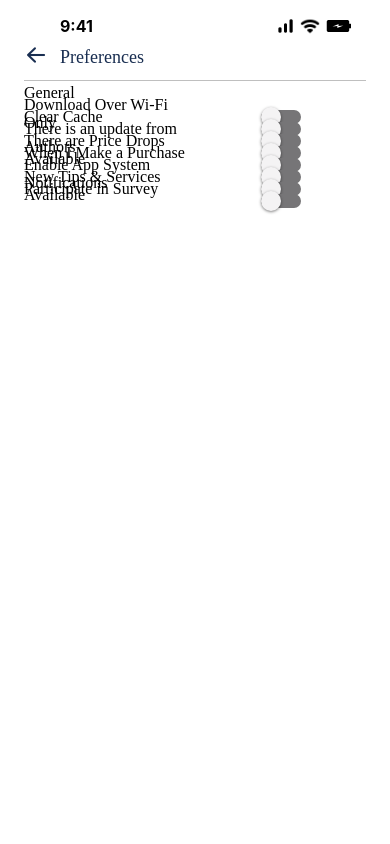
Repository: tnmod/Erabook
Screen: / (app in app/)
The author's editor kept a copy of each file at every save. The screen is drawn from the files as they stood at one save, then again after a run of saves.
The app was drawn by React Native's web renderer in a window 390 px wide. The project was rebuilt for these pictures with package versions that can differ from the ones it lists, and the page was loaded fresh each time. Imported but missing from the stored project, and not drawn on this page: app/src/redux/features/CounterAPI.

Above is the screen before, as saved 2023-05-25 19:06:14.

After the next 2 saves:
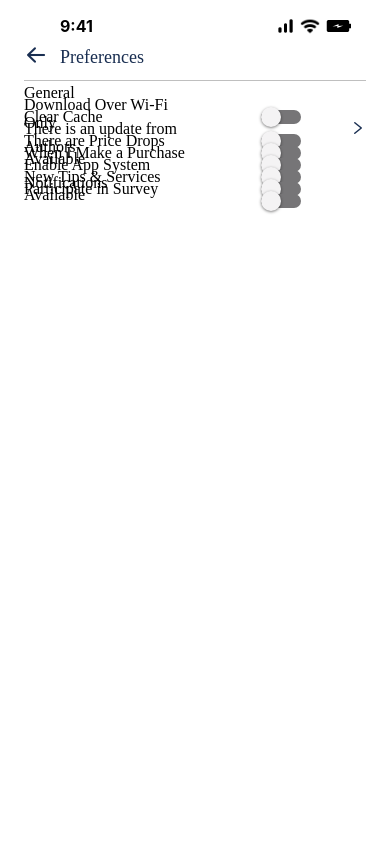
The 2 saves are shown as one change because they came seconds apart.
The last was saved 4 min 20 s later.
--- a/app/src/screens/Preferences/Preferences.tsx
+++ b/app/src/screens/Preferences/Preferences.tsx
@@ -35,15 +35,7 @@ const Notification: React.FC = () => {
                     </TouchableOpacity>
                     <TouchableOpacity style={[styles.container1]}>
                         <Text style={[styles.text3]}>Clear Cache</Text>
-                        <View style={styles.container3}>
-                            <Switch
-                                trackColor={{ false: '#767577', true: '#81b0ff' }}
-                                thumbColor={isEnabled ? '#f5dd4b' : '#f4f3f4'}
-                                ios_backgroundColor="#3e3e3e"
-                                onValueChange={toggleSwitch}
-                                value={isEnabled}
-                            />
-                        </View>
+                        <Icon size={16} name='right' color={'#192e51'} />
                     </TouchableOpacity>
                     <TouchableOpacity style={[styles.container1]}>
                         <Text style={[styles.text3]}>There is an update from Authors</Text>
